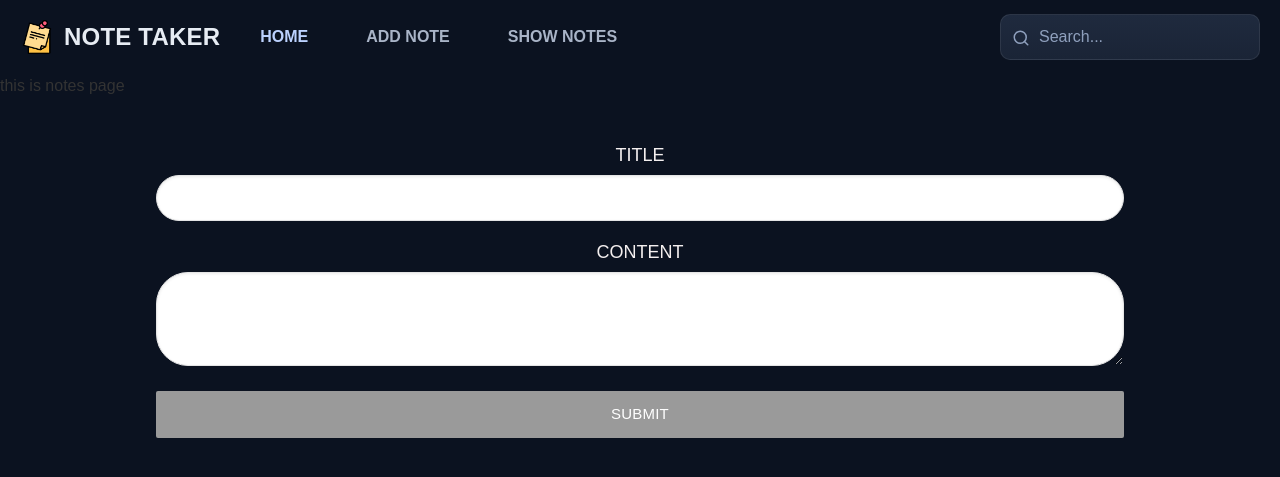
Repository: DEBDEEPTA/NOTE-TAKER
Page: http://localhost/NoteTaker/addnotes.jsp
These files come from the project's save history. The page is drawn as it stood at one moment and after the next save; the edit follows.
The browser window is 1280 px wide. The pictures show the whole page.
Some web fonts or font styles are not loaded; a fallback is used. The page is served by Tomcat 9.

Above is the page before, as saved 2025-10-03 07:25:17.

After the next save:
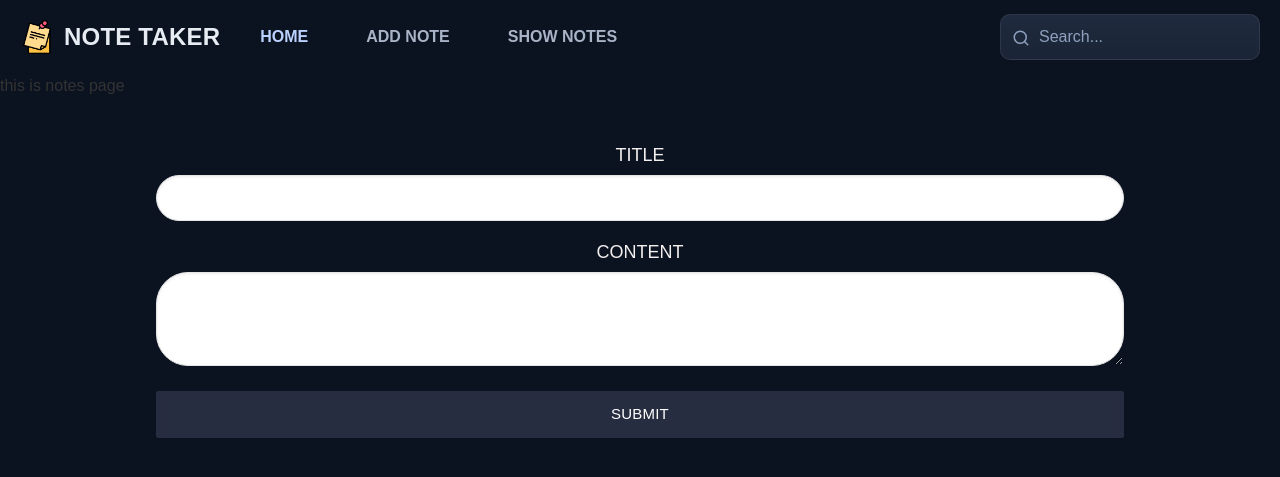
Saved 2 min 47 s later.
--- a/NoteTaker/src/main/webapp/css/form.css
+++ b/NoteTaker/src/main/webapp/css/form.css
@@ -45,7 +45,15 @@ html,body{margin:0;padding:0;font-family:Arial,Helvetica,sans-serif;color:#333}
 /* Submit button: wide gray bar with white text */
 .submit-btn{
   width:100%;
-  background:#9a9a9a;
+
+ 	/* From https://css.glass */
+	background: rgba(185, 183, 243, 0.16);
+	border-radius: 16px;
+	box-shadow: 0 4px 30px rgba(0, 0, 0, 0.1);
+	backdrop-filter: blur(3.9px);
+	-webkit-backdrop-filter: blur(3.9px);
+	border: 1px solid rgba(185, 183, 243, 0.11);
+
   color:#fff;
   border:none;
   border-radius:2px;
